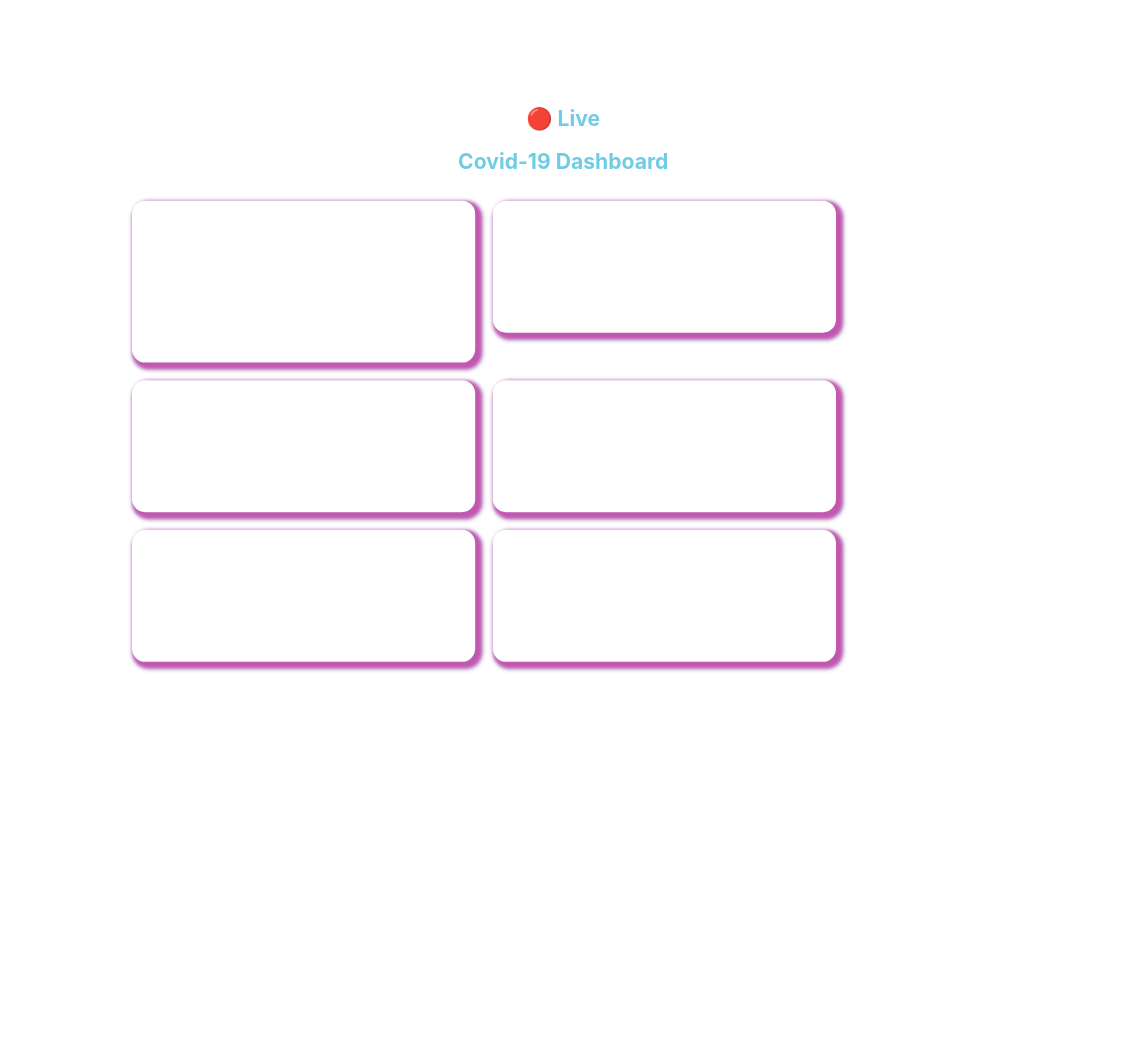
Repository: Aniketlamage/covid19-dashboard
Page: /
The author's editor kept a copy of each file at every save. The page is drawn from the files as they stood at one save, then again after the next save.
The browser window is 1280 px wide. The pictures show the whole page, at 88% of full size.
The page's requests for data from a server got no answer. The project was rebuilt for these pictures with package versions that can differ from the ones it lists, and the page was loaded fresh each time. No one was signed in, and anything a server would have sent is missing.

Above is the page before, as saved 2021-09-30 21:13:07.

After the next save:
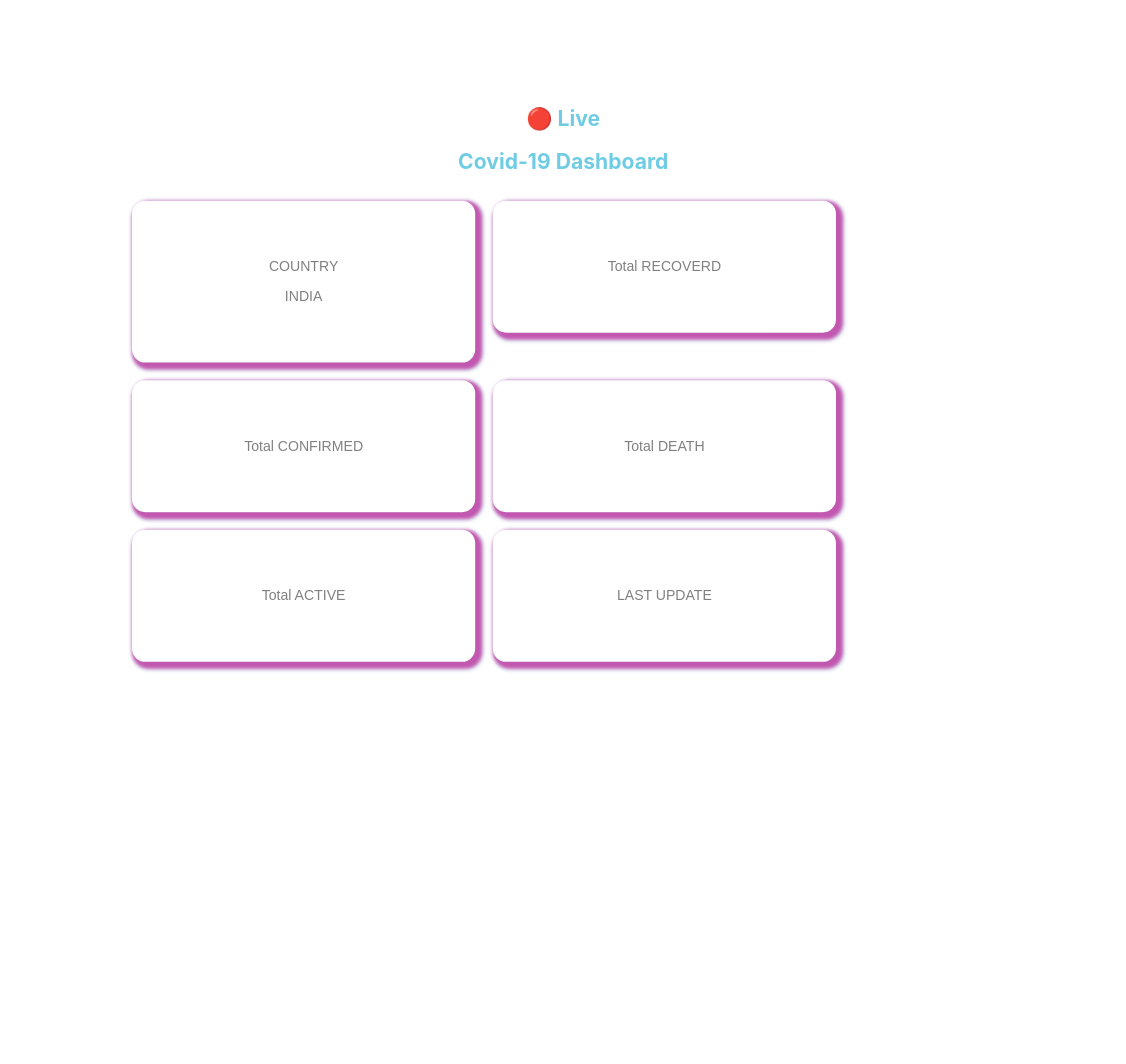
Saved 70 s later.
--- a/src/components/covid.css
+++ b/src/components/covid.css
@@ -15,7 +15,7 @@ h1,h2{
 }
 
 p {
-    color: white;
+    color: grey;
     text-shadow: #c257b0;
     font-family: 'Poppins', sans-serif;
 
